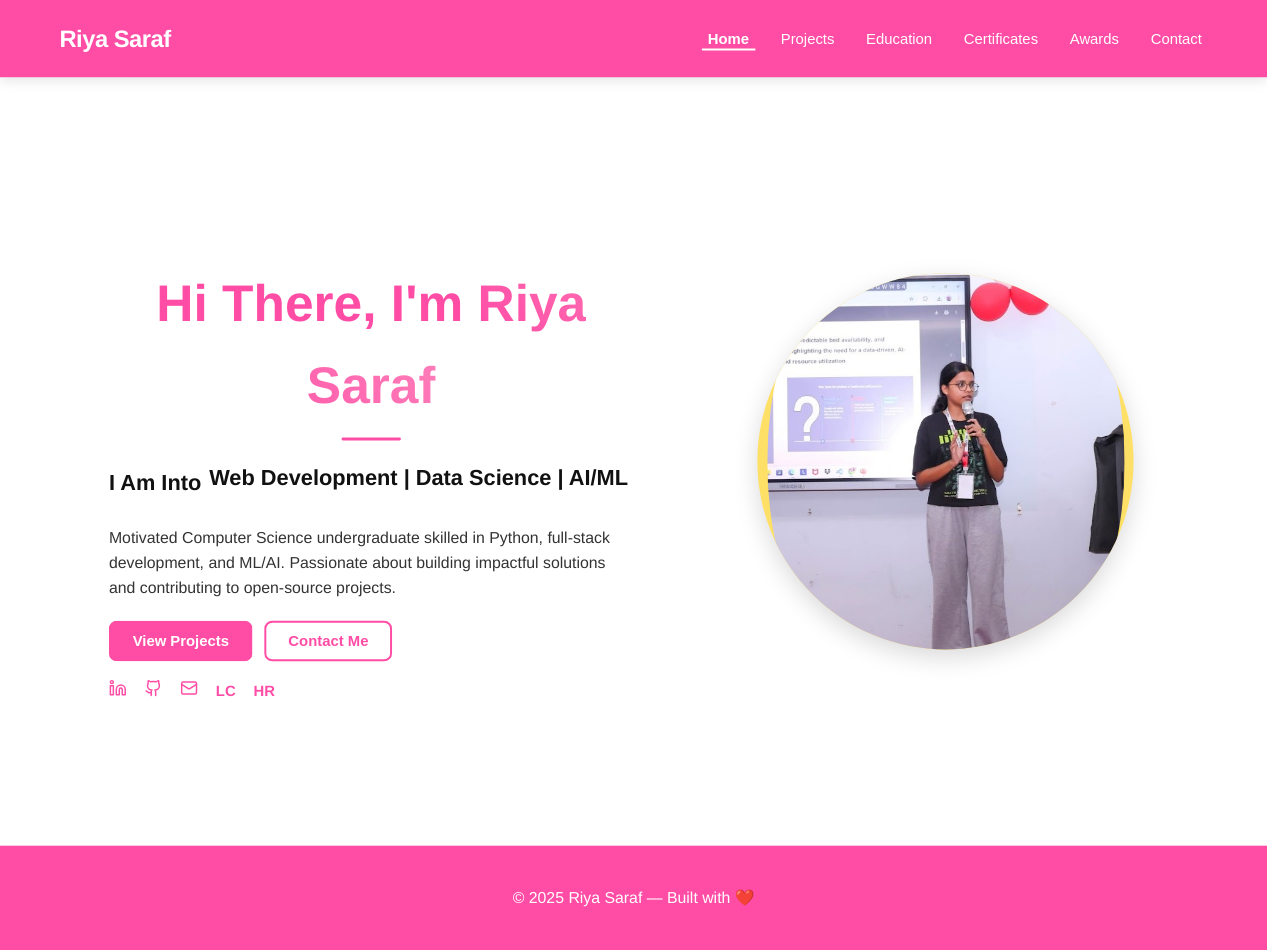
Repository: riyaaaa19/riya-portfolio
Page: /
An editor plug-in stored every save of this project. The page is shown before and after the next save, followed by the edit.
The browser window is 1280 px wide. The pictures show the whole page, at 99% of full size.
The project was rebuilt for these pictures with package versions that can differ from the ones it lists, and the page was loaded fresh each time. Also part of the build but not shown: src/components/TimelineCard.js.

Above is the page before, as saved 2025-09-13 17:41:57.

### src/App.js
import React, { useState } from "react";
import { Mail, Github, Linkedin } from "lucide-react";
import TimelineCard from "./components/TimelineCard"; // adjust path if needed
import "./styles.css";

export default function RiyaSarafPortfolio() {
  const [activePage, setActivePage] = useState("home");

  const projects = [
    {
      title: "Leave Management System",
      tech: "React.js, FastAPI, PostgreSQL, JWT",
      desc: "Full-stack app for managing employee leave requests with role-based access and JWT authentication.",
      github: "https://github.com/riyaaaa19/leave-management-system",
      live: "https://leave-management-system-cltb.onrender.com/",
      img: "/images/leave.png",
    },
    {
      title: "Genomic Analysis Web Application",
      tech: "Python, Django, Scikit-learn, Pandas",
      desc: "Django app for genomic data analysis with ML model selection, preprocessing and visualizations.",
      github: "https://github.com/riyaaaa19/genomic-analysis-django",
      img: "/images/genomics.png",
    },
    {
      title: "CyberSaarthi – Phishing & Invoice Fraud Detection",
      tech: "FastAPI, React.js, SQLite",
      desc: "ML + rule-based backend for phishing and invoice fraud detection with document parsing and structured reports.",
      github: "https://github.com/riyaaaa19/CyberSaarthi",
      img: "/images/cyber.png",
    },
  ];

  const education = [
    {
      school: "BADERIA GLOBAL INSTITUTE OF ENGINEERING AND MANAGEMENT",
      degree: "B.Tech CSE (Data Science)",
      year: "2022 – 2026",
      score: "CGPA: 8.28",
    },
    {
      school: "Nachiketa Higher Secondary School, Jabalpur",
      degree: "Class 12th • PCM • State Board",
      year: "2022",
      score: "Percentage: 73.4%",
    },
    {
      school: "Nachiketa Higher Secondary School, Jabalpur",
      degree: "Class 10th • State Board",
      year: "2020",
      score: "Percentage: 92%",
    },
  ];

  const certificates = [
    { title: "PCAP: Programming Essentials in Python", img: "/images/certificate1.jpg" },
    { title: "Introduction to Data Science — Cisco", img: "/images/certificate2.jpg" },
    { title: "Accenture Data Analytics Simulation", img: "/images/certificate3.jpg" },
    { title: "Global Entrepreneur Summit — IIT Kharagpur", img: "/images/certificate4.jpg" },
  ];

  const awards = [
    { title: "Branch Topper — 2023, 2024, 2025", img: "/images/award1.jpg" },
    { title: "Best Girls Team Award — Hack SRIT 2025", img: "/images/award2.jpg" },
    { title: "1st Runner-Up — Ecopreneur Hackathon", img: "/images/award3.jpg" },
  ];

  return (
    <div>
      <header>
        <h1>Riya Saraf</h1>
        <nav>
          {["home", "projects", "education", "certificates", "awards", "contact"].map((page) => (
            <button
              key={page}
              onClick={() => setActivePage(page)}
              className={activePage === page ? "active" : ""}
            >
              {page.charAt(0).toUpperCase() + page.slice(1)}
            </button>
          ))}
        </nav>
      </header>

      {activePage === "home" && (
        <section className="hero">
          <div className="particle-bg">
            <span></span><span></span><span></span><span></span><span></span>
          </div>

          <div className="hero-text">
            <h2>
              Hi There, I'm <span className="highlight">Riya Saraf</span>
            </h2>
            <h3>
              I Am Into{" "}
              <span className="typing-container">
                <span className="typing">Web Development | Data Science | AI/ML</span>
              </span>
            </h3>
            <p>
              Motivated Computer Science undergraduate skilled in Python,
              full-stack development, and ML/AI. Passionate about building
              impactful solutions and contributing to open-source projects.
            </p>
            <div style={{ marginTop: "20px" }}>
              <button className="cta" onClick={() => setActivePage("projects")}>
                View Projects
              </button>
              <button className="outline" onClick={() => setActivePage("contact")}>
                Contact Me
              </button>
            </div>
            <div className="social-icons">
              <a href="https://linkedin.com/in/riya-saraf-9223a9257" target="_blank" rel="noreferrer">
                <Linkedin size={18} />
              </a>
              <a href="https://github.com/riyaaaa19" target="_blank" rel="noreferrer">
                <Github size={18} />
              </a>
              <a href="mailto:riyasaraf19@gmail.com">
                <Mail size={18} />
              </a>
              <a href="https://leetcode.com/u/riyaaa19/" target="_blank" rel="noreferrer">LC</a>
              <a href="https://www.hackerrank.com/profile/riyasaraf19" target="_blank" rel="noreferrer">HR</a>
            </div>
          </div>

          <div className="hero-img">
            <div className="avatar-circle">
              <img src="/images/riya-photo.png" alt="Riya Saraf" />
            </div>
          </div>
        </section>
      )}

      {activePage === "projects" && (
        <section>
          <h2>Projects</h2>
          <div className="grid">
            {projects.map((p, i) => (
              <TimelineCard
                key={i}
                title={p.title}
                subtitle={p.tech}
                img={p.img}
                score={<span style={{ color: "#555" }}>{p.desc}</span>}
                github={p.github}
                live={p.live}
                type="project"
              />
            ))}
          </div>
        </section>
      )}

      {activePage === "education" && (
        <section>
          <h2>Education</h2>
          {education.map((e, i) => (
            <TimelineCard
              key={i}
              title={e.school}
              subtitle={e.degree}
              year={e.year}
              score={e.score}
              icon="🎓"
              type="education"
            />
          ))}
        </section>
      )}

      {activePage === "certificates" && (
        <section>
          <h2>Certificates</h2>
          <div className="grid">
            {certificates.map((c, i) => (
              <TimelineCard key={i} title={c.title} img={c.img} type="certificate" />
            ))}
          </div>
        </section>
      )}

      {activePage === "awards" && (
        <section>
          <h2>Awards</h2>
          <div className="grid">
            {awards.map((a, i) => (
              <TimelineCard key={i} title={a.title} img={a.img} type="award" />
            ))}
          </div>
        </section>
      )}

      {activePage === "contact" && (
        <section>
          <h2>Contact</h2>
          <p>
            Email:{" "}
            <a href="mailto:riyasaraf19@gmail.com" style={{ color: "#ff4da6" }}>
              riyasaraf19@gmail.com
            </a>
          </p>
          <p>
            LinkedIn:{" "}
            <a
              href="https://linkedin.com/in/riya-saraf-9223a9257"
              target="_blank"
              rel="noreferrer"
              style={{ color: "#ff4da6" }}
            >
              linkedin.com/in/riya-saraf
            </a>
          </p>
          <p>
            GitHub:{" "}
            <a
              href="https://github.com/riyaaaa19"
              target="_blank"
              rel="noreferrer"
              style={{ color: "#ff4da6" }}
            >
              github.com/riyaaaa19
            </a>
          </p>
        </section>
      )}

      <footer>© {new Date().getFullYear()} Riya Saraf — Built with ❤️</footer>
    </div>
  );
}

### src/styles.css
/* ===== General Styling ===== */
body {
    margin: 0;
    font-family: 'Helvetica Neue', Arial, sans-serif;
    background: linear-gradient(135deg, #fdfbfb 0%, #ebedee 100%);
    color: #111;
    line-height: 1.6;
    scroll-behavior: smooth;
}

/* ===== Header ===== */
header {
    position: sticky;
    top: 0;
    background: #ff4da6;
    padding: 20px 60px;
    display: flex;
    justify-content: space-between;
    align-items: center;
    z-index: 100;
    box-shadow: 0 4px 12px rgba(0, 0, 0, 0.1);
    animation: slideDown 0.8s ease-in-out;
}

header h1 {
    margin: 0;
    font-size: 24px;
    font-weight: 700;
    color: #fff;
    letter-spacing: -0.5px;
    transition: transform 0.3s ease;
}

header h1:hover {
    transform: scale(1.08);
}

nav button {
    background: none;
    border: none;
    margin-left: 20px;
    font-size: 15px;
    color: #fff;
    cursor: pointer;
    transition: color 0.3s, border-bottom 0.3s, transform 0.3s;
}

nav button.active {
    font-weight: 600;
    border-bottom: 2px solid #fff;
    padding-bottom: 2px;
}

nav button:hover {
    color: #ffe3f0;
    transform: translateY(-2px);
}

/* ===== Sections ===== */
section {
    padding: 80px 60px;
    background: white;
    animation: fadeIn 1s ease-in;
}

section h2 {
    font-size: 32px;
    font-weight: 700;
    margin-bottom: 25px;
    color: #ff4da6;
    text-align: center;
    position: relative;
}

section h2::after {
    content: "";
    width: 60px;
    height: 3px;
    background: #ff4da6;
    display: block;
    margin: 10px auto 0;
    border-radius: 2px;
    animation: expand 0.8s ease-in-out;
}

/* ===== Hero Section ===== */
.hero {
    display: flex;
    justify-content: space-between;
    align-items: center;
    gap: 50px;
    padding: 100px 60px;
    min-height: 80vh;
    position: relative;
    overflow: hidden;
}

.hero-text {
    flex: 1;
    min-width: 280px;
}

.hero-text h2 {
    font-size: 52px;
    font-weight: 800;
    margin-bottom: 10px;
    color: #ff4da6;
}

.hero-text .highlight {
    background: linear-gradient(45deg, #ff4da6, #ff7eb9);

    /* Standard property */
    -webkit-background-clip: text; /* Chrome, Safari, newer Edge */
    -moz-background-clip: text;    /* Firefox (partial support) */
    background-clip: text;         /* Standard */

    -webkit-text-fill-color: transparent; /* Chrome, Safari */
    color: transparent;
}

.hero-text h3 {
    font-size: 22px;
    font-weight: 600;
    margin: 20px 0;
    color: #111;
    display: flex;
    align-items: center;
    gap: 8px;
}

.hero-text p {
    max-width: 520px;
    font-size: 16px;
    color: #333;
    line-height: 1.6;
}

/* ===== Typing Effect Fix ===== */
.typing-container {
    display: inline-block;
    min-width: 240px; /* Prevent breaking lines */
    max-width: 100%;
}

.typing {
    display: inline-block;
    white-space: nowrap;
    overflow: hidden;
    border-right: 2px solid #ff4da6;
    animation: typing 2.5s steps(30, end) forwards, blink-caret 0.75s step-end infinite;
}

@keyframes typing {
    from { width: 0; }
    to { width: 100%; }
}

@keyframes blink-caret {
    0%, 100% { border-color: transparent; }
    50% { border-color: #ff4da6; }
}

/* ===== Avatar ===== */
.hero-img {
    flex: 1;
    display: flex;
    justify-content: center;
    align-items: center;
}

.avatar-circle {
    width: 380px;
    height: 380px;
    border-radius: 50%;
    background: #ffe066;
    display: flex;
    justify-content: center;
    align-items: center;
    box-shadow: 0 8px 25px rgba(0,0,0,0.15);
    overflow: hidden;
    transition: transform 0.4s ease, box-shadow 0.4s ease;
}

.avatar-circle img {
    width: 95%;
    height: auto;
    border-radius: 50%;
    object-fit: cover;
}

.avatar-circle:hover {
    transform: scale(1.05);
    box-shadow: 0 10px 30px rgba(255, 77, 166, 0.3);
}

/* ===== Buttons ===== */
button.cta,
button.outline {
    margin-right: 12px;
    padding: 10px 22px;
    font-size: 15px;
    font-weight: 600;
    border-radius: 8px;
    border: 2px solid transparent;
    cursor: pointer;
    transition: all 0.25s ease;
}

button.cta {
    background: #ff4da6;
    color: white;
}

button.cta:hover {
    background: #e04494;
}

button.outline {
    background: transparent;
    color: #ff4da6;
    border: 2px solid #ff4da6;
}

button.outline:hover {
    background: #ff4da6;
    color: white;
}

/* ===== Social Icons ===== */
.social-icons {
    display: flex;
    gap: 18px;
    margin-top: 18px;
}

.social-icons a {
    color: #ff4da6;
    transition: color 0.25s;
    font-weight: bold;
    font-size: 15px;
    text-decoration: none;
}

.social-icons a:hover {
    color: #e04494;
}

/* ===== Footer ===== */
footer {
    padding: 40px;
    text-align: center;
    background: #ff4da6;
    color: white;
    font-weight: 500;
}

/* ===== Grid for Projects, Certificates, Awards ===== */
.grid {
    display: grid;
    gap: 25px;
    grid-template-columns: repeat(auto-fit, minmax(260px, 1fr));
}

Loaded but not shown: public/index.html (common file); src/index.js (common file)

After the next save:
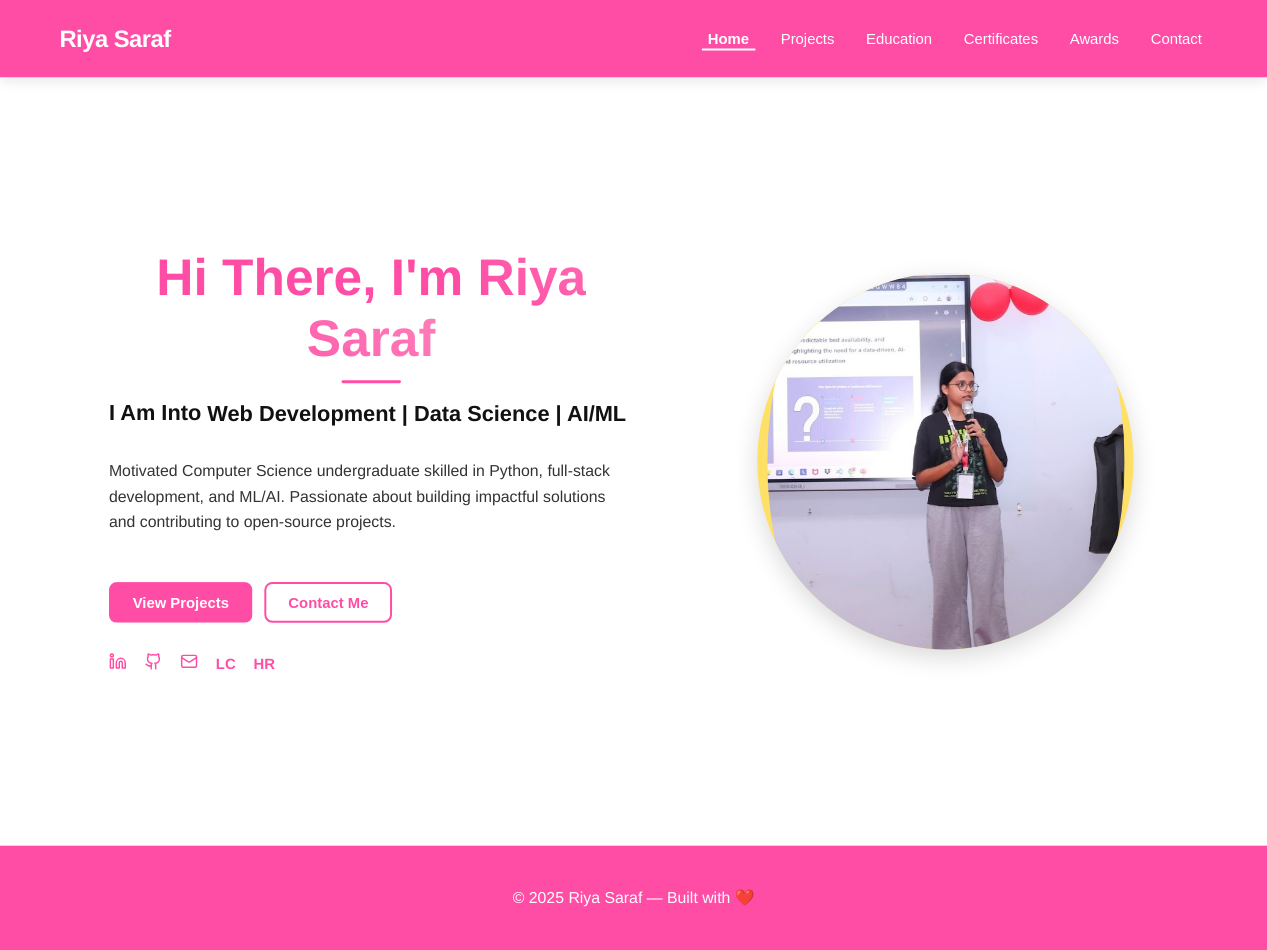
Saved 7 min 27 s later.
--- a/src/styles.css
+++ b/src/styles.css
@@ -86,6 +86,7 @@ section h2::after {
 /* ===== Hero Section ===== */
 .hero {
     display: flex;
+    flex-wrap: wrap;
     justify-content: space-between;
     align-items: center;
     gap: 50px;
@@ -97,36 +98,34 @@ section h2::after {
 
 .hero-text {
     flex: 1;
-    min-width: 280px;
+    max-width: 600px; /* Prevent line breaks */
+    display: flex;
+    flex-direction: column;
+    gap: 12px; /* spacing between lines */
 }
 
 .hero-text h2 {
     font-size: 52px;
     font-weight: 800;
-    margin-bottom: 10px;
+    margin: 0;
+    line-height: 1.2;
     color: #ff4da6;
 }
 
 .hero-text .highlight {
     background: linear-gradient(45deg, #ff4da6, #ff7eb9);
-
-    /* Standard property */
-    -webkit-background-clip: text; /* Chrome, Safari, newer Edge */
-    -moz-background-clip: text;    /* Firefox (partial support) */
-    background-clip: text;         /* Standard */
-
-    -webkit-text-fill-color: transparent; /* Chrome, Safari */
+    -webkit-background-clip: text;
+    -moz-background-clip: text;
+    background-clip: text;
+    -webkit-text-fill-color: transparent;
     color: transparent;
 }
 
 .hero-text h3 {
     font-size: 22px;
     font-weight: 600;
-    margin: 20px 0;
+    margin: 0;
     color: #111;
-    display: flex;
-    align-items: center;
-    gap: 8px;
 }
 
 .hero-text p {
@@ -139,15 +138,15 @@ section h2::after {
 /* ===== Typing Effect Fix ===== */
 .typing-container {
     display: inline-block;
-    min-width: 240px; /* Prevent breaking lines */
-    max-width: 100%;
+    min-width: 300px; /* prevents line breaks */
+    white-space: nowrap; /* keeps text in single line */
 }
 
 .typing {
     display: inline-block;
-    white-space: nowrap;
+    border-right: 2px solid #ff4da6;
     overflow: hidden;
-    border-right: 2px solid #ff4da6;
+    vertical-align: middle;
     animation: typing 2.5s steps(30, end) forwards, blink-caret 0.75s step-end infinite;
 }
 
